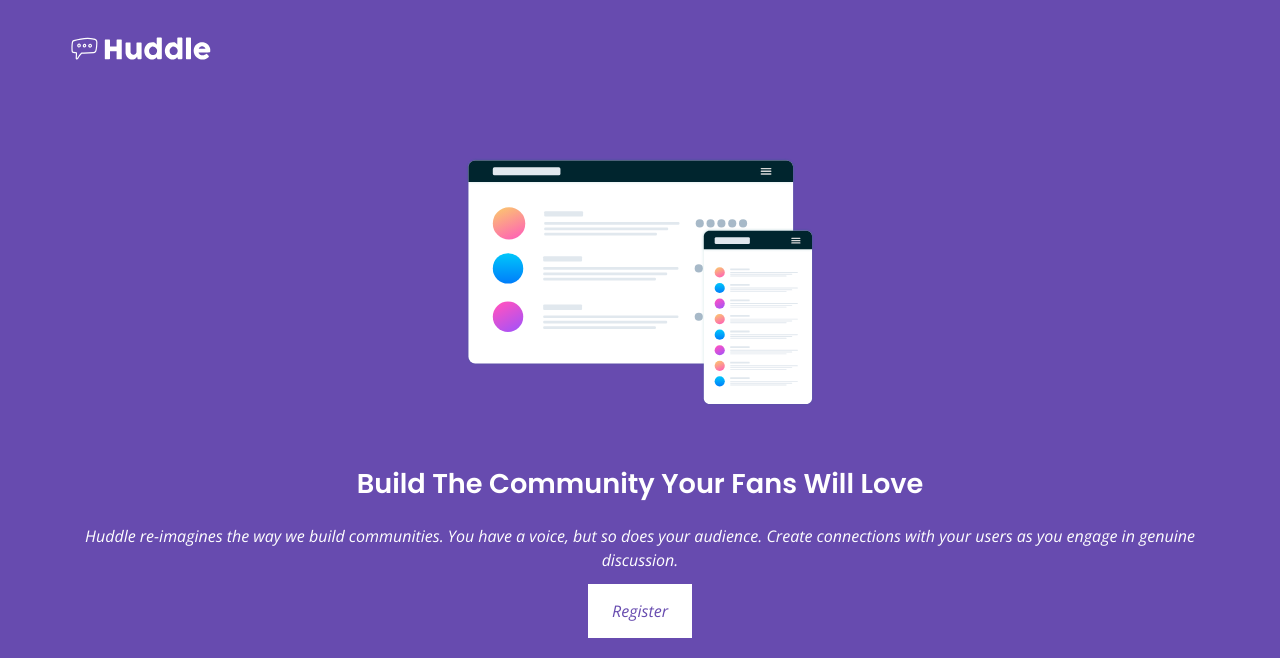
Repository: ivanvqz/huddle-landing-page
Page: index.html
The author's editor kept a copy of each file at every save. The page is drawn from the files as they stood at one save, then again after a run of saves.
The browser window is 1280 px wide. The pictures show the part of the page from y = 0 to 658 px (the page is 1043 px tall).
A picture or video elsewhere on the page could not be fetched, so the positions and the page height are approximate.

Above is the page before, as saved 2022-10-19 22:46:39.

After the next 3 saves:
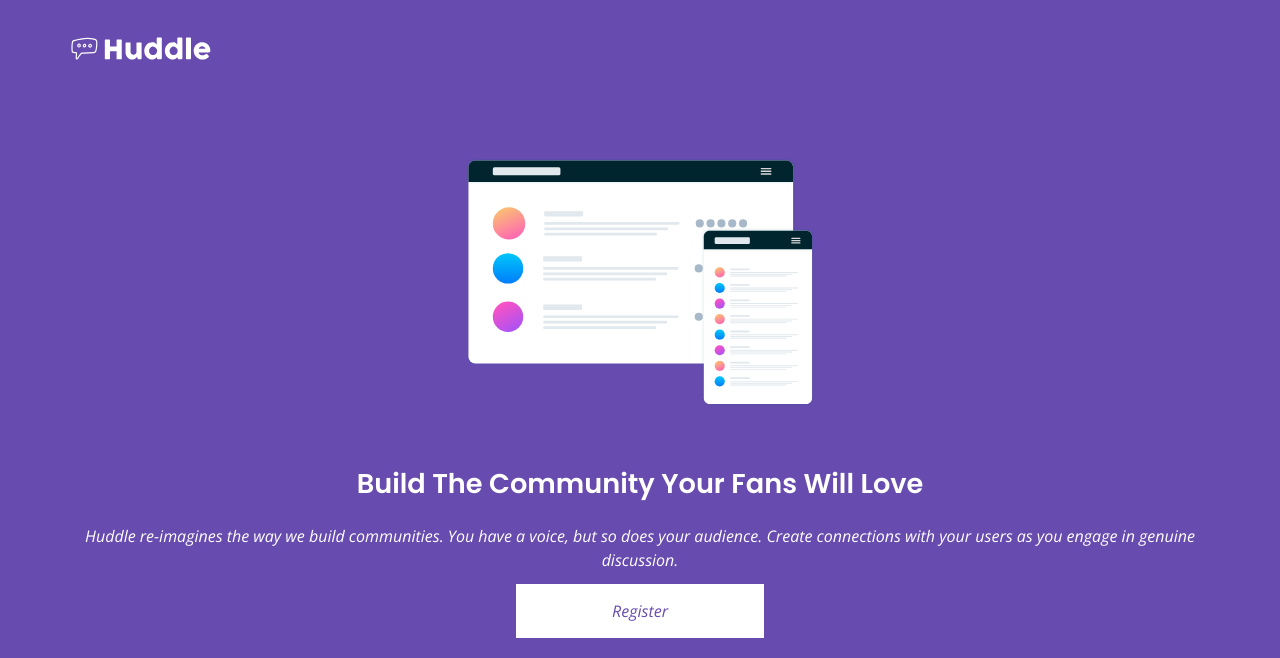
The 3 saves are shown as one change because they came seconds apart.
The last was saved 9 s later.
--- a/css/style.css
+++ b/css/style.css
@@ -73,5 +73,6 @@
     color: var(--violet);
     background-color: #fff;
     text-decoration: none;
-    padding: 1em 1.5em;
+    padding: 1em 6em;
+
 }
